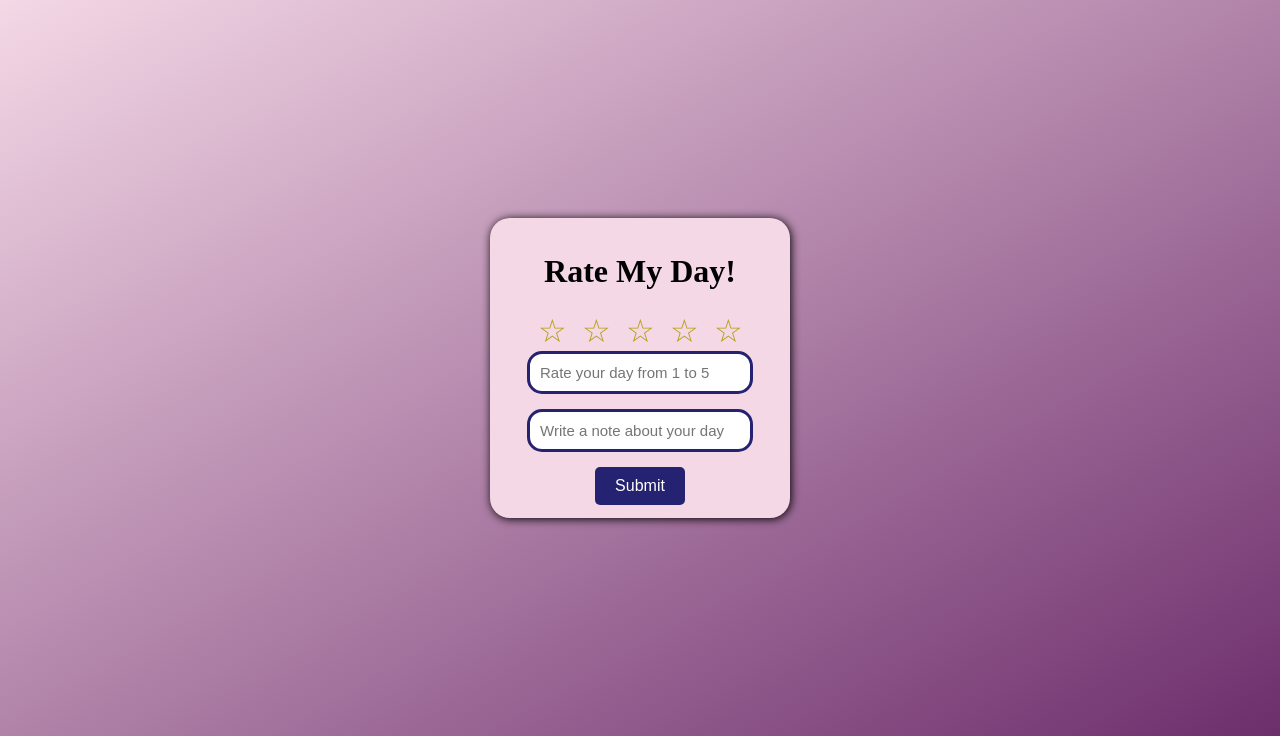
Repository: elenav24/RateMyDay
Page: frontend/index.html
An editor plug-in stored every save of this project. The page is shown before and after the next save, followed by the edit.
The browser window is 1280 px wide. The pictures show the whole page.

Above is the page before, as saved 2025-05-15 13:18:32.

### frontend/index.html
<!DOCTYPE html>

<html lang="en">
    <head>
        <meta charset="utf-8">
        <title>Rate My Day!</title>
        <meta name="description" content="Welcome to Rate My Day!">
        <meta name="viewport" content="width=device-width, initial-scale=1">
        <link rel="stylesheet" href="style.css">
    </head>
    <body>
        <div class="card">
            <h1>Rate My Day!</h1>
                <div class="stars">
                    <button class="star-btn" id="star1" onclick=fillStar(1) data-value="1"></button>
                    <button class="star-btn" id="star2" onclick=fillStar(2) data-value="2"></button>
                    <button class="star-btn" id="star3" onclick=fillStar(3) data-value="3"></button>
                    <button class="star-btn" id="star4" onclick=fillStar(4) data-value="4"></button>
                    <button class="star-btn" id="star5" onclick=fillStar(5) data-value="5"></button>
                </div>
            <input type="text" id="rating" placeholder="Rate your day from 1 to 5">
            <input type="text" id="note" placeholder="Write a note about your day">
            <button id="submit">Submit</button>
        </div>

        <script src="script.js" defer></script>
    </body>
</html>

### frontend/style.css
body {
    display: flex;
    justify-content: center;
    align-items: center;
    height: 100vh;
    background: linear-gradient(to right bottom, #f4d8e6, #6d2e6c);
}

.card {
    display: flex;
    flex-direction: column;
    align-items: center;
    justify-content: center;
    width: 300px;
    height: 300px;
    box-shadow: 1px 1px 10px #000;
    border-radius: 20px;
    background-color: #f4d8e6;
}

#rating, #note {
    border: 3px solid #252271;
    border-radius: 15px;
    width: 200px;
    padding: 10px;
    padding-left: 10px;
    margin-bottom: 15px;
    font-size: 15px;
}

#submit {
    background-color: #252271;
    color: white;
    border: none;
    border-radius: 5px;
    padding: 10px 20px;
    cursor: pointer;
    font-size: 16px;
}

.star-btn {
    width: 40px;
    height: 40px;
    background: none;
    border: none;
    cursor: pointer;
    font-size: 32px;
}

.star-btn.hover::before {
    color: gold;
}

.star-btn::before {
    content: '☆';
    color: rgb(182, 158, 24);
}

.star-btn.filled::before {
    content: '★';
    color: gold;
}

### frontend/script.js
document.addEventListener('DOMContentLoaded', () => {
    const button = document.getElementById('submit');
    const rating = document.getElementById('rating');
    const note = document.getElementById('note');

    button.addEventListener('click', async () => {
        const ratingValue = parseInt(rating.value);
        const noteValue = note.value;

        if (isNaN(ratingValue) || ratingValue < 1 || ratingValue > 5) {
            alert('Please enter a valid rating between 1 and 5.');
            return;
        }

        const payload = {
            rating: ratingValue,
            note: noteValue
        };

        try {
            const response = await fetch('http://localhost:8000/rate', {
                method: 'POST',
                headers: {
                    'Content-Type': 'application/json'
                },
                body: JSON.stringify(payload)

            });

            const data = await response.json();
            alert(data.message);



        } catch (error) {
            console.error('Submission Error:', error);
            alert('An error occurred while submitting your rating.');
        }

        // Clear the input fields after submission
        rating.value = '';
        note.value = '';

    });

});

const stars = document.querySelectorAll('.stars .star-btn');

stars.forEach(star => {
    star.addEventListener('mouseenter', () => {
        const value = parseInt(star.getAttribute('data-value'));
        highlightStars(value);
});

    star.addEventListener('mouseleave', () => {
        highlightStars(0); // Clear preview
});

    star.addEventListener('click', () => {
        const value = parseInt(star.getAttribute('data-value'));
        fillStars(value);
    });
});

    function highlightStars(value) {
    stars.forEach(star => {
        const starValue = parseInt(star.getAttribute('data-value'));
        star.classList.toggle('hover', starValue <= value);
    });
}

    function fillStars(value) {
    stars.forEach(star => {
        const starValue = parseInt(star.getAttribute('data-value'));
        star.classList.toggle('filled', starValue <= value);
    });
}

After the next save:
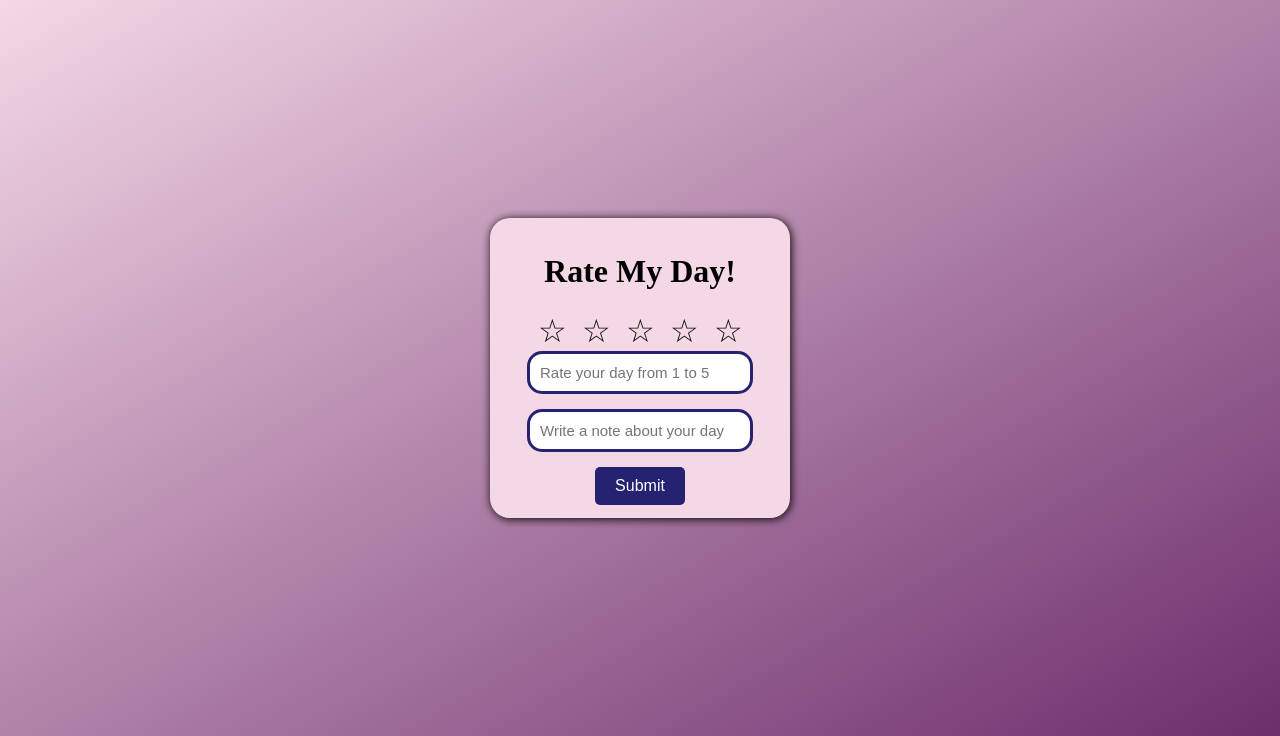
Saved 12 s later.
--- a/frontend/style.css
+++ b/frontend/style.css
@@ -53,7 +53,7 @@ body {
 
 .star-btn::before {
     content: '☆';
-    color: rgb(182, 158, 24);
+    color: rgb(16, 16, 15);
 }
 
 .star-btn.filled::before {
